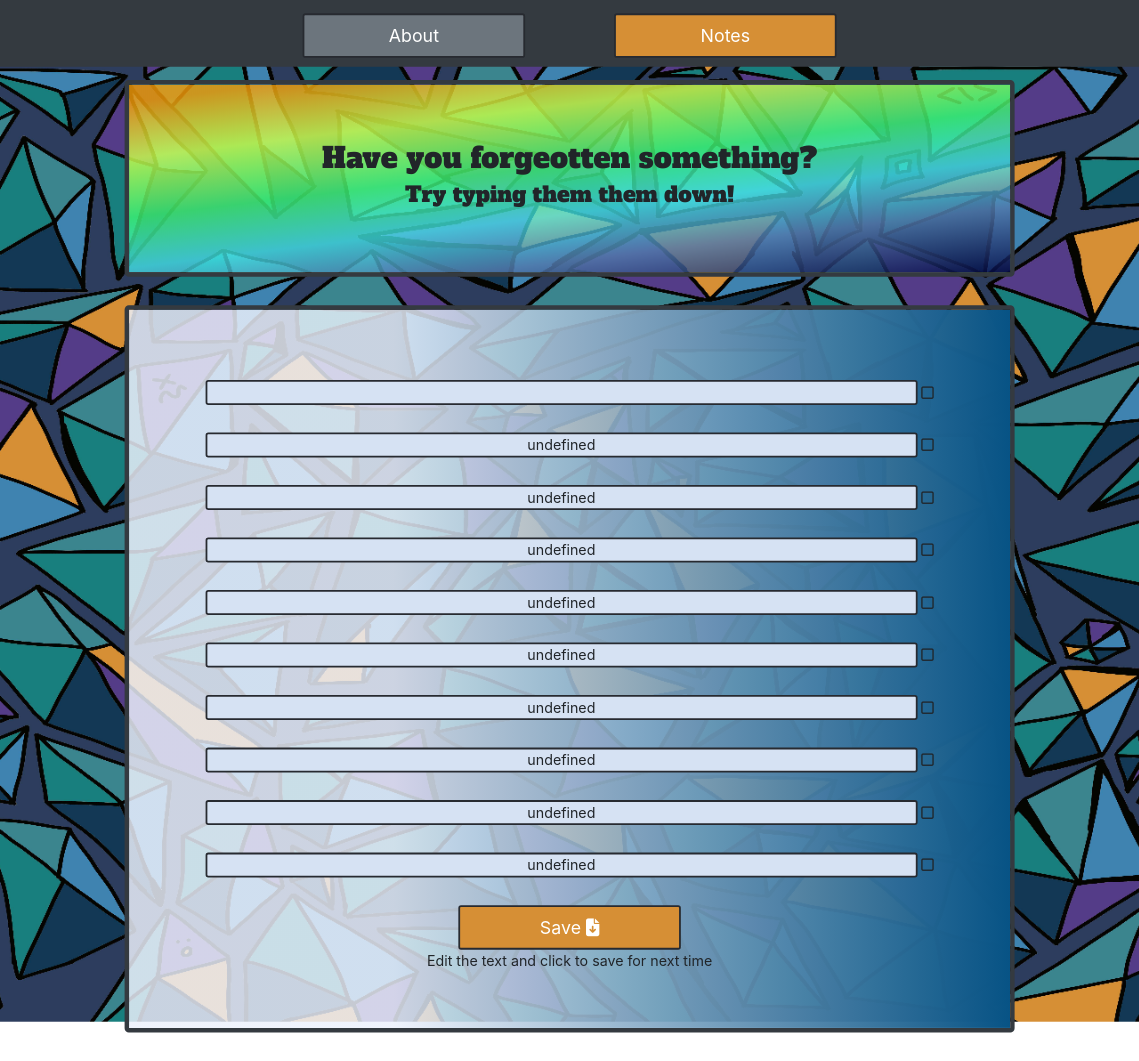
Repository: Kamicoda/Mynote
Page: index.html
The author's editor kept a record of every edit. The page is drawn from the files as they stood at one moment, then again after the next edit.
The browser window is 1280 px wide. The pictures show the whole page, at 89% of full size.
Backgrounds fixed to the window are drawn as part of the page. Some web fonts or font styles are not loaded; a fallback is used. Some web libraries are served in a nearby version.

Above is the page before.

### index.html
<!DOCTYPE html>
<html lang="en">

<head>
    <meta charset="UTF-8">
    <meta name="viewport" content="width=device-width, initial-scale=1.0">
    <meta http-equiv="X-UA-Compatible" content="ie=edge">
    <title>Document</title>


    <!--Bootstrap-->
    <link rel="stylesheet" href="https://maxcdn.bootstrapcdn.com/bootstrap/4.2.1/css/bootstrap.min.css" type="text/css" />
    <link rel="stylesheet" href="https://cdnjs.cloudflare.com/ajax/libs/hover.css/2.3.1/css/hover-min.css" type="text/css" />
    <!--Css-->
    <link rel="stylesheet" href="assets/style/style.css" type="text/css" />
    <link href="https://fonts.googleapis.com/css?family=Alfa+Slab+One&display=swap" rel="stylesheet">
    <!--Jquery-->
    <script src="https://code.jquery.com/jquery-3.4.1.min.js" integrity="sha256-CSXorXvZcTkaix6Yvo6HppcZGetbYMGWSFlBw8HfCJo=" crossorigin="anonymous"></script>

    <!--Scripts-->
    <script src="https://kit.fontawesome.com/06adabaaa3.js"></script>
    <script type="text/javascript" src="assets/js/script1.js"></script>
    <script type="text/javascript" src="assets/js/script2.js"></script>


</head>

<body class="bgbody" onload="checkEdits()">

    <!--navigation-->
    <div class="container-fluid bg-dark">
        <ul class="nav justify-content-center w-100">
            <li class="nav-item">
                <button id="aboutNav" type="button" class="btn btn-secondary btn-lg border border-light">About</button>
            </li>
            <li class="nav-item">
                <button id="notesNav" type="button" class="btn btn-primary btn-lg border border-light">Notes</button>
            </li>

        </ul>
    </div>

    <div class="jumbotron border border-dark header bg-grey mx-auto">
        <div class="row">
            <div id="headerwelcome" class="col-12">
                <h2 class="fancytext"> Have you forgeotten something?</h2>
                <h4 class="fancytextsm">Try typing them them down!</h4>
            </div>

            <div id="headerabout" class="col-12">
                <h2 class="fancytext"> Aboot, Abouut, Abuuut!</h2>
                <h4 class="fancytextsm">have a quick read</h4>
            </div>

            <div id="headernotes" class="col-12">
                <h2 class="fancytext"> Don't forget to not forget!</h2>
                <h4 class="fancytextsm">Also don't forget to keep it stupidly simple</h4>
            </div>
        </div>
    </div>

    <div class="jumbotron border border-dark cont header mx-auto">
        <div class="container-flex">


            <section id="aboutSec">
                <div class="row">
                    <div class="col-12">
                        <p>here to help you remember!</p>
                        <div class="row">
                            <div class="col-6">
                                <p>this website should make writing things down a little easier there are a few features to be added at some point,
                                but less off that just remember keep calm and make it concice youll get through whatever you need notes for! </p>
                                <hr class="my-2">
                                <p> to use simply type your note and hit save, thats it it will save a note to your local browser storage like how google autofills things for you.</p>
                            </div>
                            <div class="col-4">
                                <div class="catnote"></div>
                                <p>Don't end up like cat note!</p>
                            </div>
                        </div>
                    </div>
                </div>
        </div>
        </section>

        <section id="notesSec">
            <div class="row">

                <div class="col-12">
                    <div id="editList" class="row">

                        <div class="col-12">
                            <p id="edit" contenteditable="true" class="editableP border border-light"></p>
                            <div id="checkBox" class="checkbox">
                                <i id="fasquare" class="far fa-square"></i>
                                <i id="fabox" class="far fa-check-square"></i>
                            </div>
                        </div>

                        <div class="col-12">
                            <p id="edit1" contenteditable="true" class="editableP border border-light"></p>
                            <div id="checkBox1" class="checkbox">
                                <i id="fasquare1" class="far fa-square"></i>
                                <i id="fabox1" class="far fa-check-square"></i>
                            </div>
                        </div>

                        <div class="col-12">
                            <p id="edit2" contenteditable="true" class="editableP border border-light"></p>
                            <div id="checkBox2" class="checkbox">
                                <i id="fasquare2" class="far fa-square"></i>
                                <i id="fabox2" class="far fa-check-square"></i>
                            </div>
                        </div>

                        <div class="col-12">
                            <p id="edit3" contenteditable="true" class="editableP border border-light"></p>
                            <div id="checkBox3" class="checkbox">
                                <i id="fasquare3" class="far fa-square"></i>
                                <i id="fabox3" class="far fa-check-square"></i>
                            </div>
                        </div>

                        <div class="col-12">
                            <p id="edit4" contenteditable="true" class="editableP border border-light"></p>
                            <div id="checkBox4" class="checkbox">
                                <i id="fasquare4" class="far fa-square"></i>
                                <i id="fabox4" class="far fa-check-square"></i>
                            </div>
                        </div>

                        <div class="col-12">
                            <p id="edit5" contenteditable="true" class="editableP border border-light"></p>
                            <div id="checkBox5" class="checkbox">
                                <i id="fasquare5" class="far fa-square"></i>
                                <i id="fabox5" class="far fa-check-square"></i>
                            </div>
                        </div>

                        <div class="col-12">
                            <p id="edit6" contenteditable="true" class="editableP border border-light"></p>
                            <div id="checkBox6" class="checkbox">
                                <i id="fasquare6" class="far fa-square"></i>
                                <i id="fabox6" class="far fa-check-square"></i>
                            </div>
                        </div>

                        <div class="col-12">
                            <p id="edit7" contenteditable="true" class="editableP border border-light"></p>
                            <div id="checkBox7" class="checkbox">
                                <i id="fasquare7" class="far fa-square"></i>
                                <i id="fabox7" class="far fa-check-square"></i>
                            </div>
                        </div>

                        <div class="col-12">
                            <p id="edit8" contenteditable="true" class="editableP border border-light"></p>
                            <div id="checkBox8" class="checkbox">
                                <i id="fasquare8" class="far fa-square"></i>
                                <i id="fabox8" class="far fa-check-square"></i>
                            </div>
                        </div>

                        <div class="col-12">
                            <p id="edit9" contenteditable="true" class="editableP border border-light"></p>
                            <div id="checkBox9" class="checkbox">
                                <i id="fasquare9" class="far fa-square"></i>
                                <i id="fabox9" class="far fa-check-square"></i>
                            </div>

                            <div>
                                <button type="button " onclick="save()" class="btn btn-primary btn-lg border border-light saveButton">Save
                        <i class="fas fa-file-download"></i></button>
                            </div>

                            <div id="update"> Edit the text and click to save for next time </div>
                        </div>
                    </div>
                </div>
            </div>
        </section>
    </div>

</body>
<footer>

</footer>

</html>

### assets/style/style.css
@import url('https://fonts.googleapis.com/css?family=Roboto:100,200,300,400,500,600,700|Exo:100,200,300,400,500,600,700|Six Caps:100,200,300,400,500,600,700');
/* Palette URL: http://paletton.com/#uid=a3K0o0k6J95irOtlmmkmW6wBrbb */

/* Feel free to copy&paste color codes to your application */

/* As RGBa codes */

/*
base-grey
RGB: 38–41–47

dark blu
RGB: 9–26–63

light grey
RGB: 126–135–155

blue
RGB: 48–70–118

light blue
RGB: 102–143–232

*/

/* Generated by Paletton.com © 2002-2014 */

/* http://paletton.com */

/*Colors*/

.bg-dark {
    background-color: rgba(39, 42, 48, 1);
}

.bg-grey {
    background-color: rgba(48, 70, 119, 1);
    background: rgb(246,156,9);
background: linear-gradient(173deg, rgba(246,156,9,0.8071603641456583) 6%, rgba(203,255,76,0.8267682072829132) 25%, rgba(60,244,115,0.8099614845938375) 45%, rgba(67,240,244,0.7315301120448179) 62%, rgba(81,121,172,0.8407738095238095) 78%, rgba(2,8,69,0.8015581232492998) 100%);
}

.bg-light {
    background-color: rgba(72, 63, 57, 0.5);

}

/*background*/
.border-dark {
    margin-top: 15px;
    border-width: 5px !important;

    border-bottom-style: solid;
    border-color: rgba(39, 42, 48, 1);
}

.border-light {
    margin-top: 15px;
    border-width: 2px !important;

    border-bottom-style: solid;
    border-color: rgba(39, 42, 48, 1) !important;
    border-radius: 3px;
}

.bgbody {
    background: url("notesBg.jpg");
    Margin: 0;
    background-position: center;
    background-repeat: no-repeat;
    background-attachment: fixed;
    min-width: 100%;
    z-index: -1;
}

.catnote {
    background: url("catnote.jpg");
    width: 300px;
    height: 218px;
    background-position: center;
}

.navigationbackground {
    position: fixed;
    height: 100%;
    width: 100%;
}

.nav-item {
    margin-left: 50px;
    margin-right: 50px;
    margin-bottom: 10px;
}

.btn {
    border-radius: 0;
    width: 250px;
    border-radius: 3px;
}

.btn-primary {
    background-color: #d68f35;
}

.header {
    text-align: center;
    width: 1000px;

    }

.editableP {
    padding: 5;
    background-color: rgba(214, 226, 243, 1);
    display: inline-block;
    width: 800px;
}

.cont {
  background: rgb(236,241,252);
background: linear-gradient(90deg, rgba(236,241,252,0.835171568627451) 30%, rgba(7,83,133,1) 100%);

}


.ul .li {
    list-style: none;
}

.checkbox {
    margin-bottom: 16px;
    text-align: left;
    display: inline-block;
}

.fancytext {
    font-family: 'Alfa Slab One', cursive;
}

.fancytextsm {
    font-family: 'Alfa Slab One', cursive;
}

### assets/js/script1.js
//Buttons
$(document).ready(function() {

    $('#aboutSec').toggle();
    $('#notesSec').show();
    $('#gamesSec').toggle();
    $('#linksSec').toggle();
    $('.fa-check-square').toggle();
    $('#headerwelcome').show();
    $('#headerabout').toggle();
    $('#headernotes').toggle();

    //$('#item').toggle();
    //$('#item1').toggle();
    //$('#item2').toggle();

    $('#aboutNav').on('click', function() {
        $('#aboutSec').show(1000);
        $('#notesSec').hide(1000);
        $('#headerwelcome').hide();
        $('#headerabout').show();
        $('#headernotes').hide();
    });

    $('#notesNav').on('click', function() {
        $('#notesSec').show(1000);
        $('#aboutSec').hide(1000);
        $('#headerwelcome').hide();
        $('#headernotes').show();
        $('#headerabout').hide();

    });

    $('#checkBox').on('click', function() {
        $('#fasquare').toggle();
        $('#fabox').toggle();
    });

    $('#checkBox1').on('click', function() {
        $('#fasquare1').toggle();
        $('#fabox1').toggle();
    });

    $('#checkBox2').on('click', function() {
        $('#fasquare2').toggle();
        $('#fabox2').toggle();
    });

    $('#checkBox3').on('click', function() {
        $('#fasquare3').toggle();
        $('#fabox3').toggle();
    });

    $('#checkBox4').on('click', function() {
        $('#fasquare4').toggle();
        $('#fabox4').toggle();
    });

    $('#checkBox5').on('click', function() {
        $('#fasquare5').toggle();
        $('#fabox5').toggle();
    });

    $('#checkBox6').on('click', function() {
        $('#fasquare6').toggle();
        $('#fabox6').toggle();
    });

    $('#checkBox7').on('click', function() {
        $('#fasquare7').toggle();
        $('#fabox7').toggle();
    });

    $('#checkBox8').on('click', function() {
        $('#fasquare8').toggle();
        $('#fabox8').toggle();
    });

    $('#checkBox9').on('click', function() {
        $('#fasquare9').toggle();
        $('#fabox9').toggle();
    });


    // $('#new').on('click', function() {
    //  count += 1;
    //  $('#item' + count).show()
    //$('#editList').append(`<p id="edit` + count + `" contenteditable="true" class="editableP"></p><button type="button " onclick="save`+ count +`()" class="saveButton">Save
    // <i class="fas fa-file-download"></i></button>`);

    // });
});

// this is adding numbers to the ID "edit"
var count = 0;

### assets/js/script2.js

function save() {
localStorage.userEdits = document.getElementById("edit").innerText;
localStorage.userEdits1 = document.getElementById("edit1").innerText;
localStorage.userEdits2 = document.getElementById("edit2").innerText;
localStorage.userEdits3 = document.getElementById("edit3").innerText;
localStorage.userEdits4 = document.getElementById("edit4").innerText;
localStorage.userEdits5 = document.getElementById("edit5").innerText;
localStorage.userEdits6 = document.getElementById("edit6").innerText;
localStorage.userEdits7 = document.getElementById("edit7").innerText;
localStorage.userEdits8 = document.getElementById("edit8").innerText;
localStorage.userEdits9 = document.getElementById("edit9").innerText;

document.getElementById("update").innerHTML="Edits saved!";
}

function checkEdits() {

if(localStorage.userEdits!=null)
document.getElementById("edit").innerHTML = localStorage.userEdits;
document.getElementById("edit1").innerHTML = localStorage.userEdits1;
document.getElementById("edit2").innerHTML = localStorage.userEdits2;
document.getElementById("edit3").innerHTML = localStorage.userEdits3;
document.getElementById("edit4").innerHTML = localStorage.userEdits4;
document.getElementById("edit5").innerHTML = localStorage.userEdits5;
document.getElementById("edit6").innerHTML = localStorage.userEdits6;
document.getElementById("edit7").innerHTML = localStorage.userEdits7;
document.getElementById("edit8").innerHTML = localStorage.userEdits8;
document.getElementById("edit9").innerHTML = localStorage.userEdits9;
}

//original code idea from https://www.developerdrive.com/allowing-users-to-edit-text-content-with-html5/
//with some tweaking


//

After the next edit:
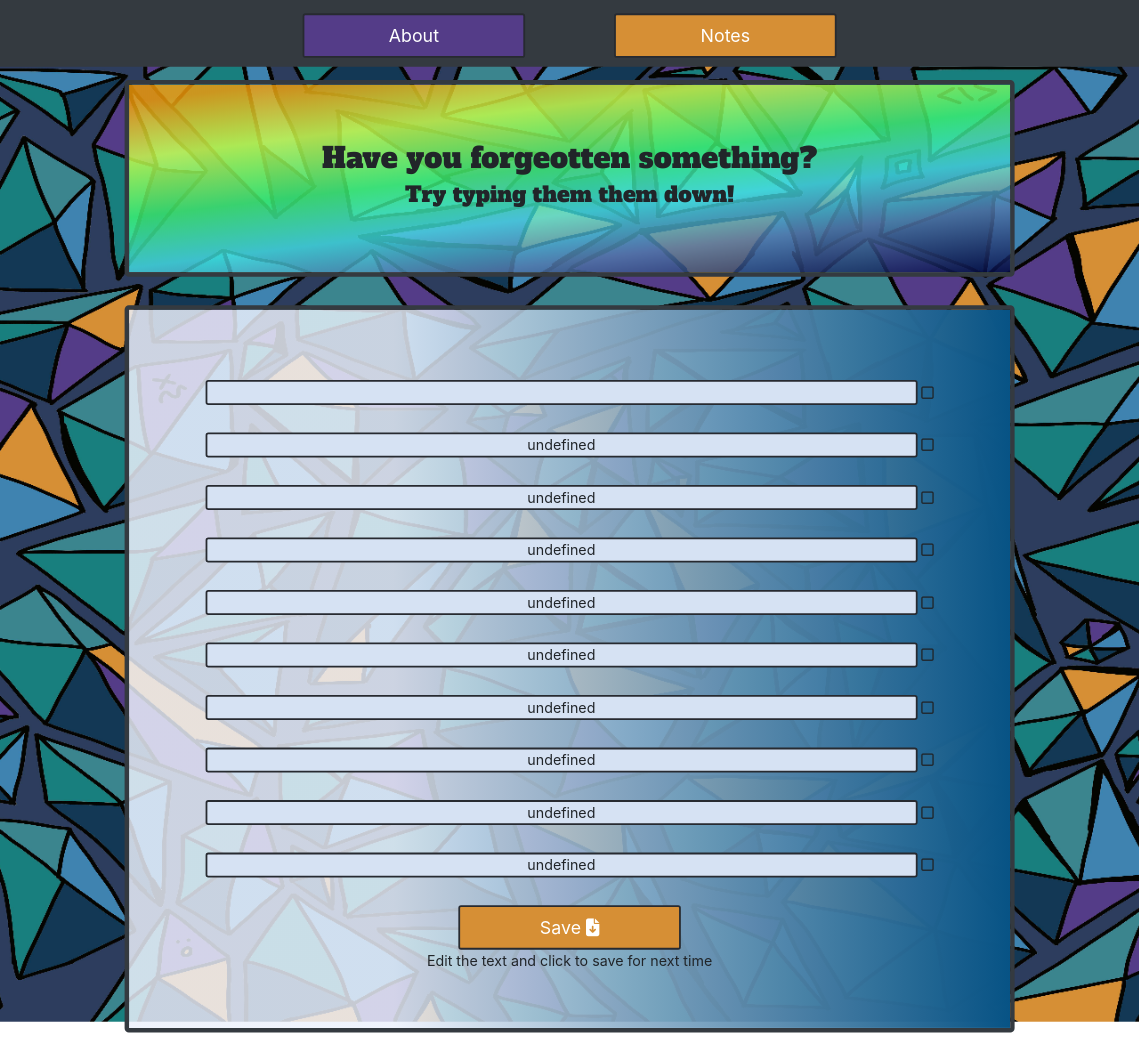
The edit:
--- a/assets/style/style.css
+++ b/assets/style/style.css
@@ -35,8 +35,8 @@
 
 .bg-grey {
     background-color: rgba(48, 70, 119, 1);
-    background: rgb(246,156,9);
-background: linear-gradient(173deg, rgba(246,156,9,0.8071603641456583) 6%, rgba(203,255,76,0.8267682072829132) 25%, rgba(60,244,115,0.8099614845938375) 45%, rgba(67,240,244,0.7315301120448179) 62%, rgba(81,121,172,0.8407738095238095) 78%, rgba(2,8,69,0.8015581232492998) 100%);
+    background: rgb(246, 156, 9);
+    background: linear-gradient(173deg, rgba(246, 156, 9, 0.8071603641456583) 6%, rgba(203, 255, 76, 0.8267682072829132) 25%, rgba(60, 244, 115, 0.8099614845938375) 45%, rgba(67, 240, 244, 0.7315301120448179) 62%, rgba(81, 121, 172, 0.8407738095238095) 78%, rgba(2, 8, 69, 0.8015581232492998) 100%);
 }
 
 .bg-light {
@@ -45,6 +45,7 @@
 }
 
 /*background*/
+
 .border-dark {
     margin-top: 15px;
     border-width: 5px !important;
@@ -101,11 +102,15 @@
     background-color: #d68f35;
 }
 
+.btn-secondary {
+    background-color: #543c88;
+}
+
 .header {
     text-align: center;
     width: 1000px;
 
-    }
+}
 
 .editableP {
     padding: 5;
@@ -115,8 +120,8 @@
 }
 
 .cont {
-  background: rgb(236,241,252);
-background: linear-gradient(90deg, rgba(236,241,252,0.835171568627451) 30%, rgba(7,83,133,1) 100%);
+    background: rgb(236, 241, 252);
+    background: linear-gradient(90deg, rgba(236, 241, 252, 0.835171568627451) 30%, rgba(7, 83, 133, 1) 100%);
 
 }
 
